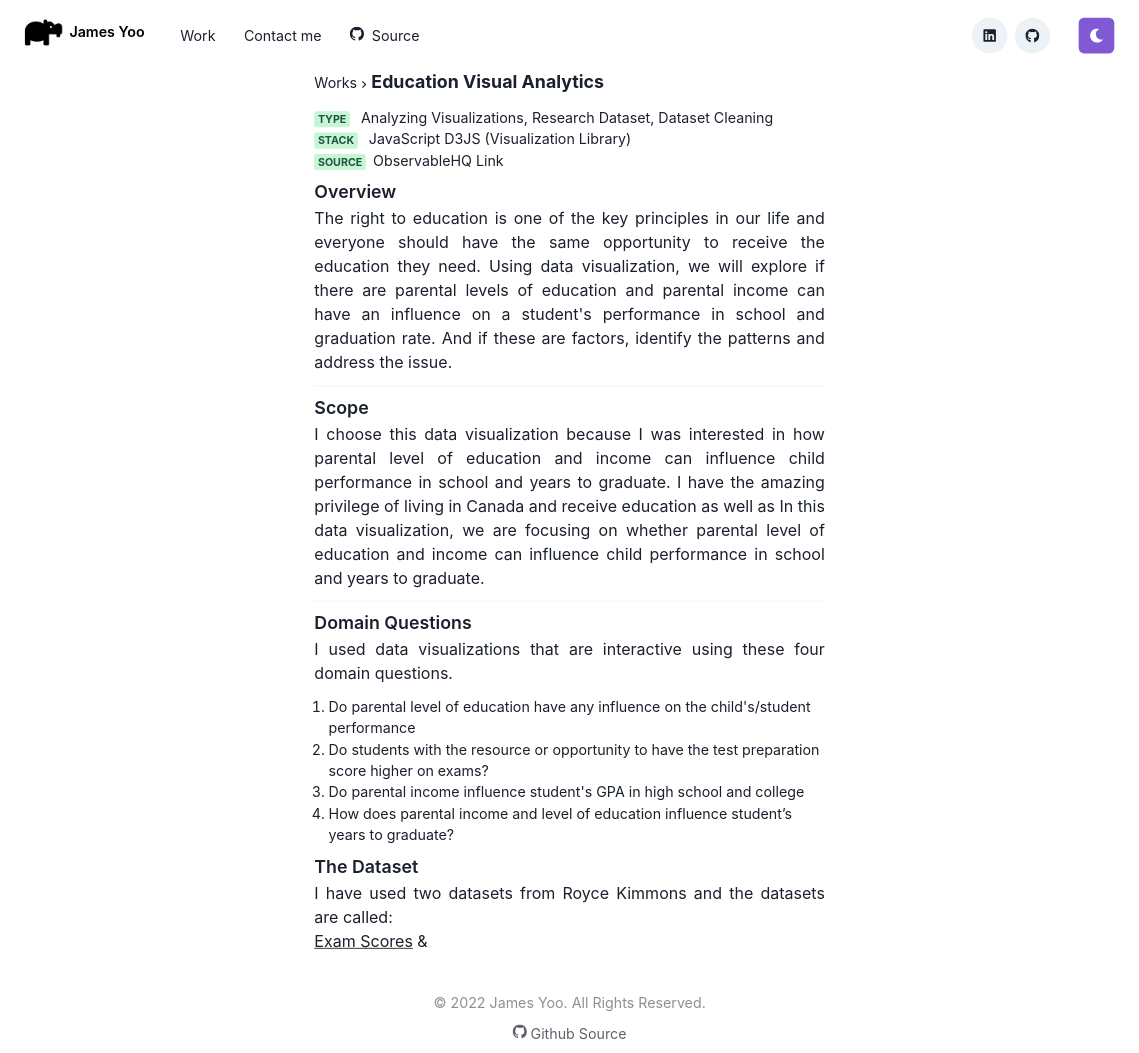
Repository: jammy729/portfolio-2022
Page: /work/educationvisualanalytics
The author's editor kept a copy of each file at every save. The page is drawn from the files as they stood at one save, then again after a run of saves.
The browser window is 1280 px wide. The pictures show the whole page, at 89% of full size.
The project was rebuilt for these pictures with package versions that can differ from the ones it lists, and the page was loaded fresh each time. Also part of the build but not shown: src/components/home.js, src/components/contact.js, src/components/layouts/layout.js, src/components/work/work.js, src/components/work/Development/WorldInstitutionDatabase/worldinstitutiondatabase.js, src/components/work/Development/GeoMemories/geomemories.js, src/components/work/Design/ExperienceDesign/experiencedesign.js, src/components/work/Development/PersonalPortfolio/personalportfolio.js. Imported but missing from the stored project, and not drawn on this page: src/components/work/Design/FinestCup/finestcup, src/components/work/Development/WorldInstitutionDatabase/universityDatabase.mp4.

Above is the page before, as saved 2022-06-28 16:21:27.

After the next 2 saves:
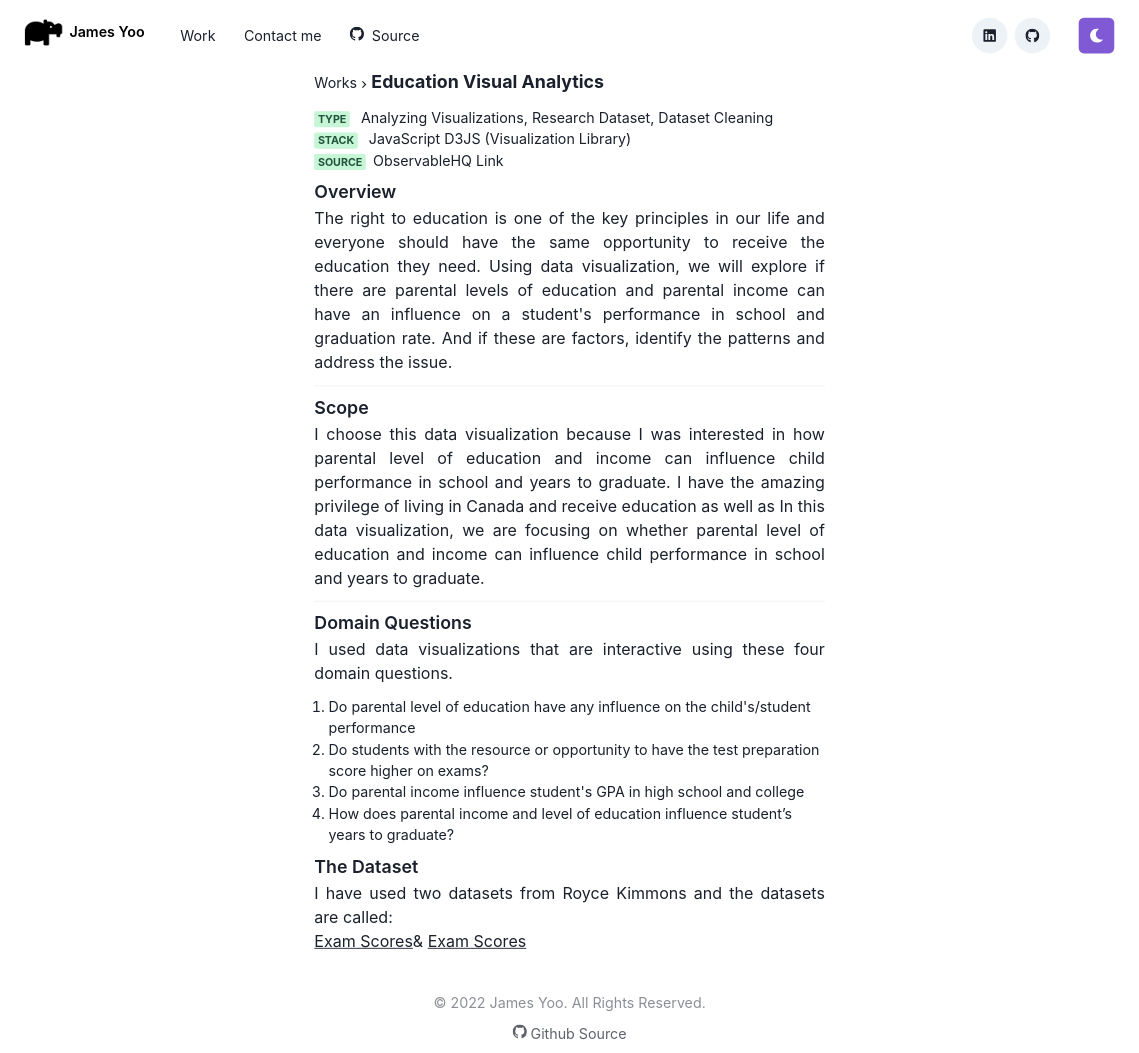
The 2 saves are shown as one change because they came seconds apart.
The last was saved 8 s later.
--- a/src/components/work/Development/EducationVisualAnalytics/educationvisualanalytics.js
+++ b/src/components/work/Development/EducationVisualAnalytics/educationvisualanalytics.js
@@ -97,7 +97,14 @@ const EducationVisualAnalytics = () => {
             target='blank'
           >
             <u>Exam Scores</u>
-          </a> &
+          </a>
+          &{' '}
+          <a
+            href='http://roycekimmons.com/tools/generated_data/exams'
+            target='blank'
+          >
+            <u>Exam Scores</u>
+          </a>
         </DescriptionText>
       </Container>
     </Box>
